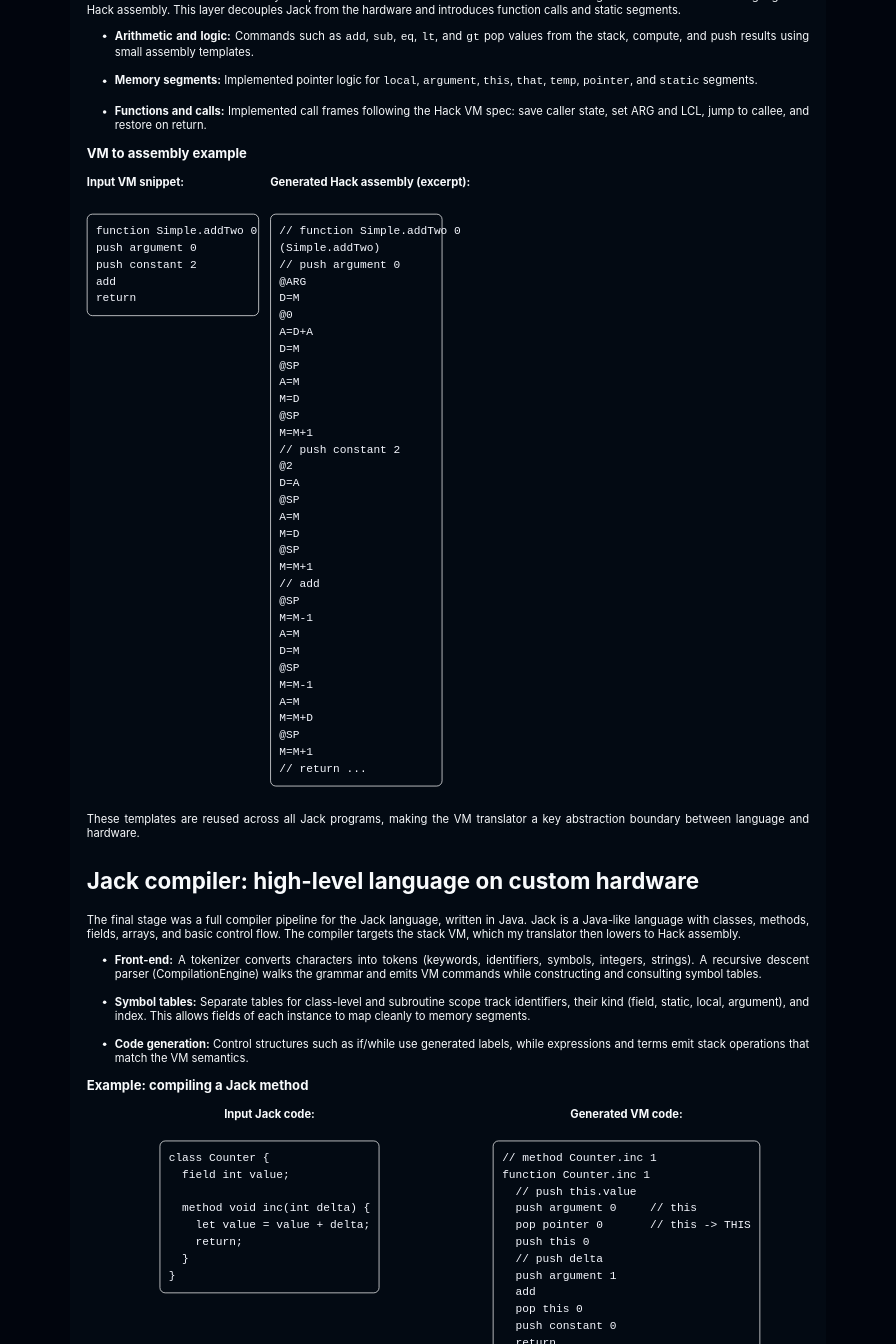
Repository: Abdulaziz-04/Abdulaziz-04.github.io
Page: deepdives/backend_systems/nand2tetris/nand2tetris.html
An editor plug-in stored every save of this project. The page is shown before and after the next save, followed by the edit.
The browser window is 1280 px wide. The pictures show the part of the page from y = 3368 to 5288 px (the page is 6517 px tall before and 6097 px after), at 70% of full size.

Above is the page before, as saved 2025-11-20 19:04:17.

### deepdives/backend_systems/nand2tetris/nand2tetris.html
<!DOCTYPE html>
<html lang="en">
  <head>
    <meta charset="UTF-8" />
    <meta name="viewport" content="width=device-width, initial-scale=1" />
    <title>
      From Nand to Tetris: Building a Computer and Compiler from Scratch
    </title>
    <link rel="stylesheet" href="../../../assets/css/styles.css" />
    <style>
      .project-detail-page pre,
      .project-detail-page code {
        font-size: 1rem;
        line-height: 1.5;
      }

      .project-detail-page pre {
        display: flex;
        justify-content: center;
        margin: 1.25rem auto;
      }

      .project-detail-page pre code {
        display: inline-block;
        text-align: left;
      }

      .code-pair {
        display: grid;
        grid-template-columns: repeat(2, minmax(0, 1fr));
        gap: 1.25rem;
        align-items: start;
        justify-items: center;
        max-width: 1000px;
        margin: 0 auto;
      }

      .code-pair > div {
        display: flex;
        flex-direction: column;
        gap: 0.5rem;
        align-items: center;
      }

      .code-pair p {
        margin: 0;
        text-align: center;
        width: 100%;
      }

      .code-bordered {
        border: 1px solid #ffffff;
        border-radius: 8px;
        padding: 0.75rem;
        display: block;
        width: fit-content;
        max-width: 100%;
        margin: 0.75rem auto;
      }

      .project-detail-page pre.code-bordered {
        margin: 0 auto 1.25rem;
        justify-content: flex-start;
      }

      .code-card {
        color: #f6f8ff;
        border: 1px solid #ffffff;
        border-radius: 8px;
        padding: 0.75rem;
        background: transparent;
        box-shadow: none;
        display: block;
        width: 100%;
      }

      .code-card code {
        display: block;
        white-space: pre;
        width: 100%;
      }

      .code-card.vm-block,
      .code-card.asm-block {
        border-color: #ffffff;
      }

      .code-grid {
        display: grid;
        grid-template-columns: repeat(auto-fit, minmax(220px, 1fr));
        gap: 1rem;
        align-items: start;
        max-width: 1200px;
        margin: 0 auto;
      }

      .code-grid__header {
        font-weight: 700;
        margin: 0;
      }

      .code-grid__header--asm {
        grid-column: span 3;
        text-align: center;
      }

      @media (max-width: 900px) {
        .code-grid__header--asm {
          grid-column: 1 / -1;
          text-align: left;
        }
      }

      .asm-stack {
        display: flex;
        flex-wrap: nowrap;
        gap: 0.9rem;
        align-items: flex-start;
        justify-content: space-between;
        margin: 1.25rem 0;
        padding: 0;
        border: none;
        box-shadow: none;
        grid-column: span 3;
      }

      .asm-card {
        display: block;
        background: transparent;
        color: #f6f8ff;
        border-radius: 0;
        padding: 0;
        border: none;
        box-shadow: none;
        flex: 1 1 0;
        min-width: 180px;
        max-width: 320px;
      }

      .asm-card code {
        display: block;
        white-space: pre;
      }

      .asm-card.push-arg,
      .asm-card.push-const,
      .asm-card.add-op {
        border: none;
      }
    </style>
  </head>

  <body class="project-detail-page">
    <header class="detail-hero">
      <a
        class="category-back"
        href="../../../projects/compiler-blockchain.html"
      >
        &larr; Back to Projects
      </a>

      <a class="category-pill" href="../../../projects/compiler-blockchain.html"
        >Backend &amp; Distributed Logic</a
      >
      <br />
      <h1>
        From Nand to Tetris: Building a Computer and Compiler from Scratch
      </h1>

      <p class="detail-summary">
        <b>
          Two–part systems project where I built a full 16-bit computer,
          assembler, virtual machine, and compiler from primitive NAND gates.
          The stack ends in a high-level programming language called Jack that
          runs on the hardware I designed using an emulator.
        </b>
      </p>

      <p class="detail-summary">
        I completed all projects for both Coursera courses
        <i>“Build a Modern Computer from First Principles: Part 1 and Part 2”</i
        >, submitted every assignment, scored <b>98%</b> overall, and earned
        both certifications.
      </p>

      <ul class="detail-meta">
        <li>
          <strong>Tech Stack:</strong>
          Hardware Description Language (HDL), Hack assembly, Jack language,
          Java (assembler, VM translator, compiler), shell tooling, hardware and
          VM emulators
        </li>
      </ul>
    </header>

    <main class="section detail-content">
      <!-- HERO IMAGE -->
      <section class="detail-section detail-hero-gif">
        <figure class="gallery-item gallery-item--wide">
          <img
            src="./images/nand2tetris_intro.png"
            alt="Hardware and software hierarchy from NAND gate up to high level language"
            style="display: block; margin: 0 auto; max-width: 90%; height: auto"
          />
          <figcaption style="text-align: center">
            The full stack I implemented: from a single NAND gate to logic
            chips, CPU, assembler, VM, and Jack compiler running user programs.
          </figcaption>
        </figure>
      </section>

      <!-- QUICK INSIGHTS -->
      <section class="detail-section">
        <h2>Quick insights</h2>
        <ul class="psr-list">
          <li>
            <strong>Goal:</strong>
            Design a full computer system from the logic-gate level and build a
            usable high-level programming language called Jack with it's own
            compiler and toolchain that runs games and apps on that hardware.
          </li>
          <br />
          <li>
            <strong>Scope:</strong>
            Implemented over <b>30+</b> hardware chips in HDL, a
            <b>16-bit Hack CPU and memory system</b>, a two-stage software stack
            (assembler and VM translator), and a multi-pass Jack compiler.
          </li>
          <br />
          <li>
            <strong>Outcome:</strong>
            The final system runs full Jack programs such as Tetris and a simple
            operating system (arrays, math library, memory manager), compiled by
            my Java tools from Jack to machine language that executes on the
            hardware I built (via emulation).
          </li>
        </ul>
      </section>

      <!-- HARDWARE PLATFORM -->
      <section class="detail-section">
        <h2>Hardware platform: from NAND to a 16-bit computer</h2>
        <p>
          Part 1 focused on creating the hardware stack using the course HDL.
          Starting from a single NAND primitive, I implemented combinational and
          sequential chips and composed them into a usable computer.
        </p>

        <ul>
          <li>
            <b>Core logic:</b> Built gates such as NOT, AND, OR, MUX, and
            adders, then composed them into an <b>ALU</b> (Arithmetic Logic
            Unit) supporting arithmetic, bitwise operations, and zero/negative
            flags.
          </li>
          <br />
          <li>
            <b>Stateful components:</b> Implemented Register, RAM8/64/4K/16K,
            counters, and a screen-mapped memory unit using flip-flops and
            clocked logic.
          </li>
          <br />
          <li>
            <b>CPU and computer:</b> Wired the ALU (Arithmetic Logic Unit),
            registers, and instruction decoder into a Hack CPU supporting
            A-instruction and C-instruction i.e. Address and Compute
            instructions plus conditional jumps, then added ROM and memory to
            form the complete computer chip.
          </li>
        </ul>

        <h3>Example: ALU snippet and behavior</h3>
        <p>
          The ALU combines configurable input negation, zeroing, and function
          selection. Here is a simplified HDL excerpt (names adjusted for
          brevity):
        </p>

        <pre class="code-bordered"><code>// Simplified ALU style HDL
CHIP ALU {
  IN  x[16], y[16],
      zx, nx, zy, ny, f, no;
  OUT out[16], zr, ng;

  PARTS:
  Mux16(a=x, b=false, sel=zx, out=xz);
  Not16(in=xz, out=xn);
  Mux16(a=xz, b=xn, sel=nx, out=x1);

  Mux16(a=y, b=false, sel=zy, out=yz);
  Not16(in=yz, out=yn);
  Mux16(a=yz, b=yn, sel=ny, out=y1);

  Add16(a=x1, b=y1, out=sum);
  And16(a=x1, b=y1, out=andv);
  Mux16(a=andv, b=sum, sel=f, out=out0);

  Not16(in=out0, out=out1);
  Mux16(a=out0, b=out1, sel=no, out=out);

  Or16Way(in=out, out=any);
  Not(in=any, out=zr);
  And(in=out[15], in2=true, out=ng);
}</code></pre>

        <p>
          With these control bits, higher-level instructions like D=D+M or M=!M
          are implemented simply by choosing the correct input parameter
          combination.
        </p>
      </section>

      <!-- ASSEMBLER -->
      <section class="detail-section">
        <h2>Assembler: Hack assembly to machine code</h2>
        <p>
          Once the computer chip worked in simulation, I wrote a two-pass
          assembler in Java for the Hack assembly language. It resolves labels
          and variables, then emits 16-bit binary instructions.
        </p>

        <ul>
          <li>
            <b>Two-pass design:</b> First pass scans labels (for example,
            <code>(LOOP)</code>) and records their ROM addresses. Second pass
            encodes A and C instructions into their binary form.
          </li>
          <br />
          <li>
            <b>Symbol table:</b> Pre-populated with predefined registers
            (R0–R15), pointers (SP, LCL, ARG), screen and keyboard addresses,
            then extended with user variables starting at address 16.
          </li>
        </ul>

        <h3>Assembler encoding example</h3>

        <div class="code-pair">
          <div>
            <p><b>Input assembly:</b></p>
            <pre class="code-card vm-block"><code>// Simple loop
@i
M=1
(LOOP)
  @i
  M=M+1
  @10
  D;JLT
  @LOOP
  0;JMP</code></pre>
          </div>

          <div>
            <p><b>Generated machine code:</b></p>
            <pre
              class="code-card asm-block"
            ><code>0000000000010000   // @i (allocated at 16)
1110111111001000   // M=1
0000000000010000   // @i
1111110111011000   // M=M+1
0000000000001010   // @10
1110001100000100   // D;JLT
0000000000000010   // @LOOP (ROM address 2)
1110101010000111   // 0;JMP</code></pre>
          </div>
        </div>

        <p>
          Running this binary on the hardware simulator shows the register and
          RAM state changing as expected, proving the assembler and CPU agree on
          the instruction set.
        </p>
      </section>

      <!-- VM TRANSLATOR -->
      <section class="detail-section">
        <h2>VM translator: stack machine to Hack assembly</h2>
        <p>
          Part 2 starts the software hierarchy. I implemented a VM translator in
          Java that converts a high-level stack-based VM language into Hack
          assembly. This layer decouples Jack from the hardware and introduces
          function calls and static segments.
        </p>

        <ul>
          <li>
            <b>Arithmetic and logic:</b> Commands such as <code>add</code>,
            <code>sub</code>, <code>eq</code>, <code>lt</code>, and
            <code>gt</code> pop values from the stack, compute, and push results
            using small assembly templates.
          </li>
          <br />
          <li>
            <b>Memory segments:</b> Implemented pointer logic for
            <code>local</code>, <code>argument</code>, <code>this</code>,
            <code>that</code>, <code>temp</code>, <code>pointer</code>, and
            <code>static</code> segments.
          </li>
          <br />
          <li>
            <b>Functions and calls:</b> Implemented call frames following the
            Hack VM spec: save caller state, set ARG and LCL, jump to callee,
            and restore on return.
          </li>
        </ul>

        <h3>VM to assembly example</h3>

        <div class="code-grid">
          <p class="code-grid__header">Input VM snippet:</p>
          <p class="code-grid__header code-grid__header--asm">
            Generated Hack assembly (excerpt):
          </p>

          <pre class="code-card vm-block"><code>function Simple.addTwo 0
push argument 0
push constant 2
add
return</code></pre>

          <pre class="code-card asm-block"><code>// function Simple.addTwo 0
(Simple.addTwo)
// push argument 0
@ARG
D=M
@0
A=D+A
D=M
@SP
A=M
M=D
@SP
M=M+1
// push constant 2
@2
D=A
@SP
A=M
M=D
@SP
M=M+1
// add
@SP
M=M-1
A=M
D=M
@SP
M=M-1
A=M
M=M+D
@SP
M=M+1
// return ...
</code></pre>
        </div>

        <p>
          These templates are reused across all Jack programs, making the VM
          translator a key abstraction boundary between language and hardware.
        </p>
      </section>

      <!-- JACK COMPILER -->
      <section class="detail-section">
        <h2>Jack compiler: high-level language on custom hardware</h2>
        <p>
          The final stage was a full compiler pipeline for the Jack language,
          written in Java. Jack is a Java-like language with classes, methods,
          fields, arrays, and basic control flow. The compiler targets the stack
          VM, which my translator then lowers to Hack assembly.
        </p>

        <ul>
          <li>
            <b>Front-end:</b> A tokenizer converts characters into tokens
            (keywords, identifiers, symbols, integers, strings). A recursive
            descent parser (CompilationEngine) walks the grammar and emits VM
            commands while constructing and consulting symbol tables.
          </li>
          <br />
          <li>
            <b>Symbol tables:</b> Separate tables for class-level and subroutine
            scope track identifiers, their kind (field, static, local,
            argument), and index. This allows fields of each instance to map
            cleanly to memory segments.
          </li>
          <br />
          <li>
            <b>Code generation:</b> Control structures such as if/while use
            generated labels, while expressions and terms emit stack operations
            that match the VM semantics.
          </li>
        </ul>

        <h3>Example: compiling a Jack method</h3>

        <div class="code-pair">
          <div>
            <p><b>Input Jack code:</b></p>
            <pre class="code-card vm-block"><code>class Counter {
  field int value;

  method void inc(int delta) {
    let value = value + delta;
    return;
  }
}</code></pre>
          </div>
          <div>
            <p><b>Generated VM code:</b></p>
            <pre class="code-card asm-block"><code>// method Counter.inc 1
function Counter.inc 1
  // push this.value
  push argument 0     // this
  pop pointer 0       // this -> THIS
  push this 0
  // push delta
  push argument 1
  add
  pop this 0
  push constant 0
  return</code></pre>
          </div>
        </div>

        <p>
          Running this through the VM translator and assembler produces Hack
          machine code that manipulates the <code>value</code> field stored in
          the heap area controlled by the OS memory manager.
        </p>

        <h3>Example: parsing expressions in Java</h3>
        <p>
          The recursive descent compiler uses small focused methods that mirror
          the grammar. For example, expression compilation handles operator
          precedence and emits VM operations as it walks the parse tree.
        </p>

        <pre class="code-bordered"><code>// Simplified Java-style excerpt
private void compileExpression() {
  compileTerm();
  while (tokenIsOneOf("+", "-", "*", "/", "&amp;", "|", "&lt;", "&gt;", "=")) {
    String op = currentToken();
    advance();
    compileTerm();
    writeArithmetic(op);  // maps '+' to 'add', '&lt;' to 'lt', etc.
  }
}</code></pre>

        <p>
          This design keeps the compiler readable and makes it easy to trace
          from Jack source through VM and assembly when debugging.
        </p>
      </section>

      <!-- END-TO-END PIPELINE -->
      <section class="detail-section">
        <h2>End-to-end pipeline and final programs</h2>
        <p>
          With the full pipeline in place, I compiled and ran several Jack
          applications, including the supplied Tetris, a simple OS API, and my
          own small programs that manipulate memory, draw graphics, and handle
          keyboard input.
        </p>

        <ul>
          <li>
            <b>End-to-end flow:</b> Jack source (User Input Programming
            Language) → Java Compiler → VM code → Java VM translator → Hack
            assembly → Java assembler → 16-bit machine code → executed on the
            computer emulated from NAND gates. The Compiler, VM translator and
            assembler were built from scratch in Java.
          </li>
          <br />
          <li>
            <b>Debugging:</b> Used the hardware and VM simulators to step
            through instructions, inspect RAM and stack, and validate that
            higher-level bugs were not caused by lower-level hardware mistakes.
          </li>
        </ul>
      </section>

      <!-- IMPACT & LEARNINGS -->
      <section class="detail-section detail-impact">
        <h2>Impact and learnings</h2>
        <ul>
          <li>
            <b>Systems thinking:</b> Gained a concrete understanding of how
            compilers, virtual machines, and hardware interact, instead of
            treating them as black boxes.
          </li>
          <br />
          <li>
            <b>Compiler and language design:</b> Implemented a real compiler
            front-end and back-end, including lexical analysis, parsing, symbol
            tables, and code generation for a custom language.
          </li>
          <br />
          <li>
            <b>Hardware intuition:</b> Designing the ALU, CPU, and memory from
            primitive gates sharpened my intuition for performance, instruction
            set design, and the cost of different operations.
          </li>
          <br />
          <li>
            <b>Reliability through abstraction:</b> Each layer (HDL chips,
            assembler, VM, compiler) had a clear contract and test suite, which
            made debugging manageable despite how much was built from scratch.
          </li>
        </ul>
      </section>
    </main>
  </body>
</html>

Loaded but not shown: assets/css/styles.css (941 lines, source omitted)

After the next save:
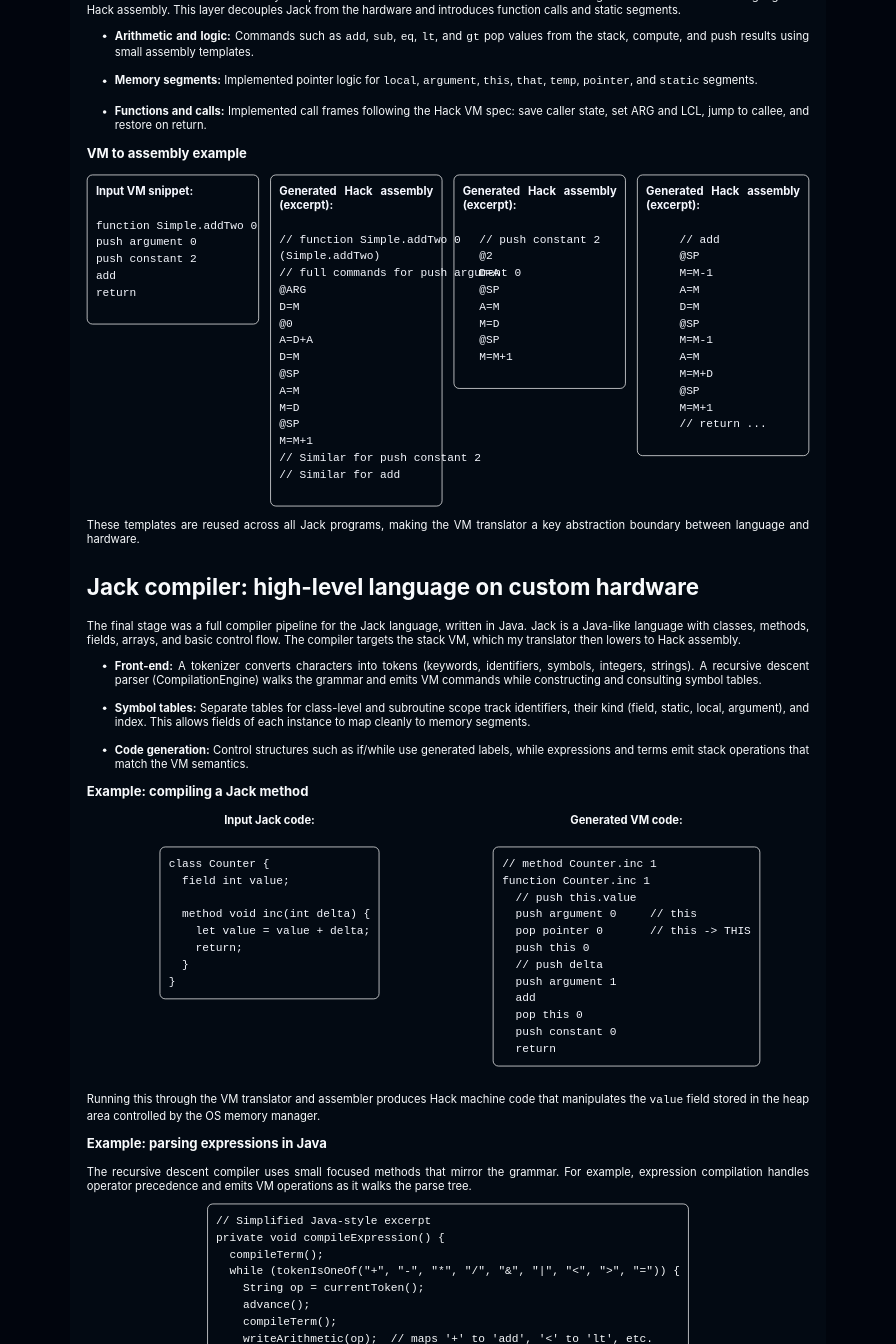
Saved 2 h 27 min later.
--- a/deepdives/backend_systems/nand2tetris/nand2tetris.html
+++ b/deepdives/backend_systems/nand2tetris/nand2tetris.html
@@ -70,8 +70,16 @@
         padding: 0.75rem;
         background: transparent;
         box-shadow: none;
-        display: block;
+        display: flex;
+        flex-direction: column;
+        gap: 0.5rem;
         width: 100%;
+      }
+
+      .code-card__title {
+        margin: 0;
+        font-weight: 700;
+        text-align: left;
       }
 
       .code-card code {
@@ -87,65 +95,31 @@
 
       .code-grid {
         display: grid;
-        grid-template-columns: repeat(auto-fit, minmax(220px, 1fr));
+        grid-template-columns: repeat(4, minmax(0, 1fr));
         gap: 1rem;
         align-items: start;
         max-width: 1200px;
         margin: 0 auto;
       }
 
-      .code-grid__header {
-        font-weight: 700;
+      .asm-columns {
+        display: grid;
+        grid-template-columns: repeat(auto-fit, minmax(220px, 1fr));
+        gap: 0.75rem;
+        align-items: start;
+      }
+
+      .asm-columns pre {
         margin: 0;
-      }
-
-      .code-grid__header--asm {
-        grid-column: span 3;
-        text-align: center;
-      }
-
-      @media (max-width: 900px) {
-        .code-grid__header--asm {
-          grid-column: 1 / -1;
-          text-align: left;
-        }
-      }
-
-      .asm-stack {
-        display: flex;
-        flex-wrap: nowrap;
-        gap: 0.9rem;
-        align-items: flex-start;
-        justify-content: space-between;
-        margin: 1.25rem 0;
         padding: 0;
         border: none;
-        box-shadow: none;
-        grid-column: span 3;
-      }
-
-      .asm-card {
-        display: block;
         background: transparent;
-        color: #f6f8ff;
-        border-radius: 0;
-        padding: 0;
-        border: none;
-        box-shadow: none;
-        flex: 1 1 0;
-        min-width: 180px;
-        max-width: 320px;
-      }
-
-      .asm-card code {
+      }
+
+      .asm-columns pre code {
         display: block;
         white-space: pre;
-      }
-
-      .asm-card.push-arg,
-      .asm-card.push-const,
-      .asm-card.add-op {
-        border: none;
+        width: 100%;
       }
     </style>
   </head>
@@ -159,9 +133,12 @@
         &larr; Back to Projects
       </a>
 
-      <a class="category-pill" href="../../../projects/compiler-blockchain.html"
-        >Backend &amp; Distributed Logic</a
+      <p
+        class="category-pill"
+        onclick="window.location.href='../../../projects/compiler-blockchain.html'"
       >
+        Backend &amp; Distributed Logic
+      </p>
       <br />
       <h1>
         From Nand to Tetris: Building a Computer and Compiler from Scratch
@@ -407,20 +384,20 @@ M=1
         <h3>VM to assembly example</h3>
 
         <div class="code-grid">
-          <p class="code-grid__header">Input VM snippet:</p>
-          <p class="code-grid__header code-grid__header--asm">
-            Generated Hack assembly (excerpt):
-          </p>
-
-          <pre class="code-card vm-block"><code>function Simple.addTwo 0
+          <div class="code-card vm-block">
+            <p class="code-card__title">Input VM snippet:</p>
+            <pre><code>function Simple.addTwo 0
 push argument 0
 push constant 2
 add
 return</code></pre>
-
-          <pre class="code-card asm-block"><code>// function Simple.addTwo 0
+          </div>
+
+          <div class="code-card asm-block">
+            <p class="code-card__title">Generated Hack assembly (excerpt):</p>
+            <pre><code>// function Simple.addTwo 0
 (Simple.addTwo)
-// push argument 0
+// full commands for push argument 0
 @ARG
 D=M
 @0
@@ -431,7 +408,13 @@ A=M
 M=D
 @SP
 M=M+1
-// push constant 2
+// Similar for push constant 2
+// Similar for add
+</code></pre>
+          </div>
+          <div class="code-card asm-block">
+            <p class="code-card__title">Generated Hack assembly (excerpt):</p>
+            <pre><code>// push constant 2
 @2
 D=A
 @SP
@@ -439,7 +422,11 @@ A=M
 M=D
 @SP
 M=M+1
-// add
+</code></pre>
+          </div>
+          <div class="code-card asm-block">
+            <p class="code-card__title">Generated Hack assembly (excerpt):</p>
+            <pre><code>// add
 @SP
 M=M-1
 A=M
@@ -452,6 +439,7 @@ M=M+D
 M=M+1
 // return ...
 </code></pre>
+          </div>
         </div>
 
         <p>
